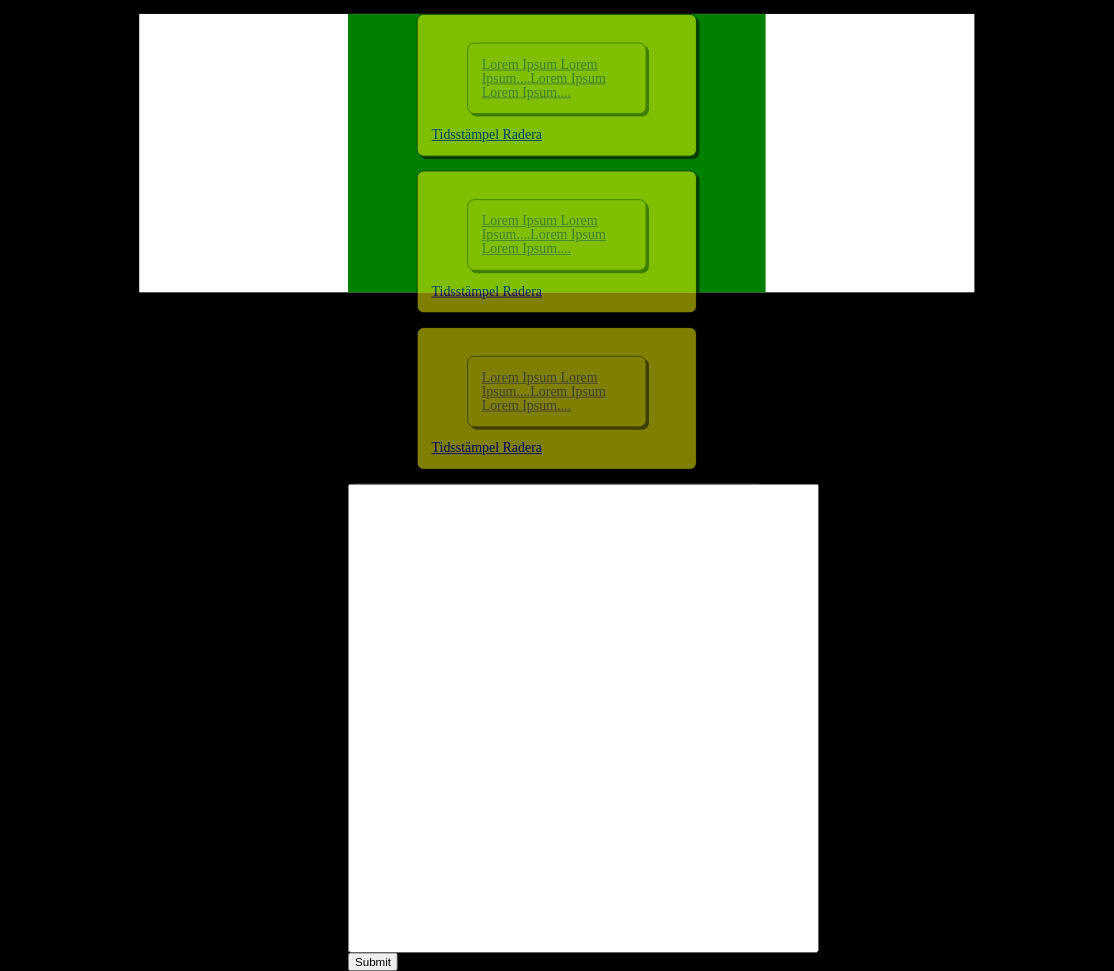
Repository: AndreasAnemyrLNU/1dv403-laborationer-AA223IG
Page: 2-labbymezzage/index.html
The author's editor kept a record of every edit. The page is drawn from the files as they stood at one moment, then again after the next edit.
The browser window is 1280 px wide. The pictures show the whole page, at 87% of full size.

Above is the page before.

### 2-labbymezzage/index.html
<!DOCTYPE html>
<html lang="sv">
    <head>
        <link rel="stylesheet" href="css/main.css" type="text/css" />
    </head>
    <body>
        <div id="messageWrapper">
            <main id="mainMessageArea">
                <div id="messagesContainer">
                    <article id="1" class="message">
                        <a class="message block" href="#">Lorem Ipsum Lorem Ipsum....Lorem Ipsum Lorem Ipsum....</a>
                        <a href="#">Tidsstämpel </a><a href="#">Radera</a>
                    </article>
                    <article id="2" class="message">
                        <a class="message block" href="#">Lorem Ipsum Lorem Ipsum....Lorem Ipsum Lorem Ipsum....</a>
                        <a href="#">Tidsstämpel </a><a href="#">Radera</a>
                    </article>
                    <article id="2" class="message">
                        <a class="message block" href="#">Lorem Ipsum Lorem Ipsum....Lorem Ipsum Lorem Ipsum....</a>
                        <a href="#">Tidsstämpel </a><a href="#">Radera</a>
                    </article>
                </div>
                <form id="messageForm">
                    <input id="messageInputArea"type="textarea"/>
                    <input type="submit" value="Submit"/>
                </form>
            </main>
        </div>

        <!--<script type="text/javascript" src="js/addEvent.js"></script>-->
        <script type="text/javascript" src="js/run.js"></script>
        <script type="text/javascript" src="js/Message.js"></script>
    </body>
</html>

### 2-labbymezzage/css/main.css
/*Optimized for 960px width*/

/*ColorScheme*/


/* http://meyerweb.com/eric/tools/css/reset/
   v2.0 | 20110126
   License: none (public domain)
*/

html, body, div, span, applet, object, iframe,
h1, h2, h3, h4, h5, h6, p, blockquote, pre,
a, abbr, acronym, address, big, cite, code,
del, dfn, em, img, ins, kbd, q, s, samp,
small, strike, strong, sub, sup, tt, var,
b, u, i, center,
dl, dt, dd, ol, ul, li,
fieldset, form, label, legend,
table, caption, tbody, tfoot, thead, tr, th, td,
article, aside, canvas, details, embed,
figure, figcaption, footer, header, hgroup,
menu, nav, output, ruby, section, summary,
time, mark, audio, video {
	margin: 0;
	padding: 0;
	border: 0;
	font-size: 100%;
	font: inherit;
	vertical-align: baseline;
}
/* HTML5 display-role reset for older browsers */
article, aside, details, figcaption, figure,
footer, header, hgroup, menu, nav, section {
	display: block;
}
body {
	line-height: 1;
}
ol, ul {
	list-style: none;
}
blockquote, q {
	quotes: none;
}
blockquote:before, blockquote:after,
q:before, q:after {
	content: '';
	content: none;
}
table {
	border-collapse: collapse;
	border-spacing: 0;
}

/*END OF MEYER'S RESET*/

body {
    background-color: black;
}

#mainMessageArea {
    background-color: green;
    height: 20em;
    margin: auto;
    width: 30em;
}

#messageForm {
    background-color: grey;
    border-radius: .5em;
    height: 90%;
    margin: auto;

}

#messageInputArea {
    width: 40em;
    height: 40em;

}

#messageWrapper {
    background-color: white;
    height: 20em;
    margin: 1em auto;
    width: 60em;
}

.block {
    display: block;
}

.message {
    background-color: yellow;
    border: .0625em solid black;
    border-radius: .5em;
    box-shadow: black 3px 3px;
    margin: 1em auto;
    opacity: .5;
    padding: 1em;
    width: 60%;
}

.message:hover {
    border: .1250em solid black;
    opacity: 1;
}

### 2-labbymezzage/js/run.js
"use strict";


var run = {

    init:   function(){

        var mess = new Message("Testmeddelande", new Date());
        alert(mess);
        alert(mess.getText());
        mess.setText("En annan text");
        alert(mess);

    }

};


window.onload = run.init;

### 2-labbymezzage/js/Message.js
"use strict";

function Message(message, date){

    this.getText = function(){
        return message;
    };

    this.setText = function (_text){
        message = _text;
    };

}

Message.prototype.toString = function(){
    return this.getText()+" ("+this.getDate()+")";
};

After the next edit:
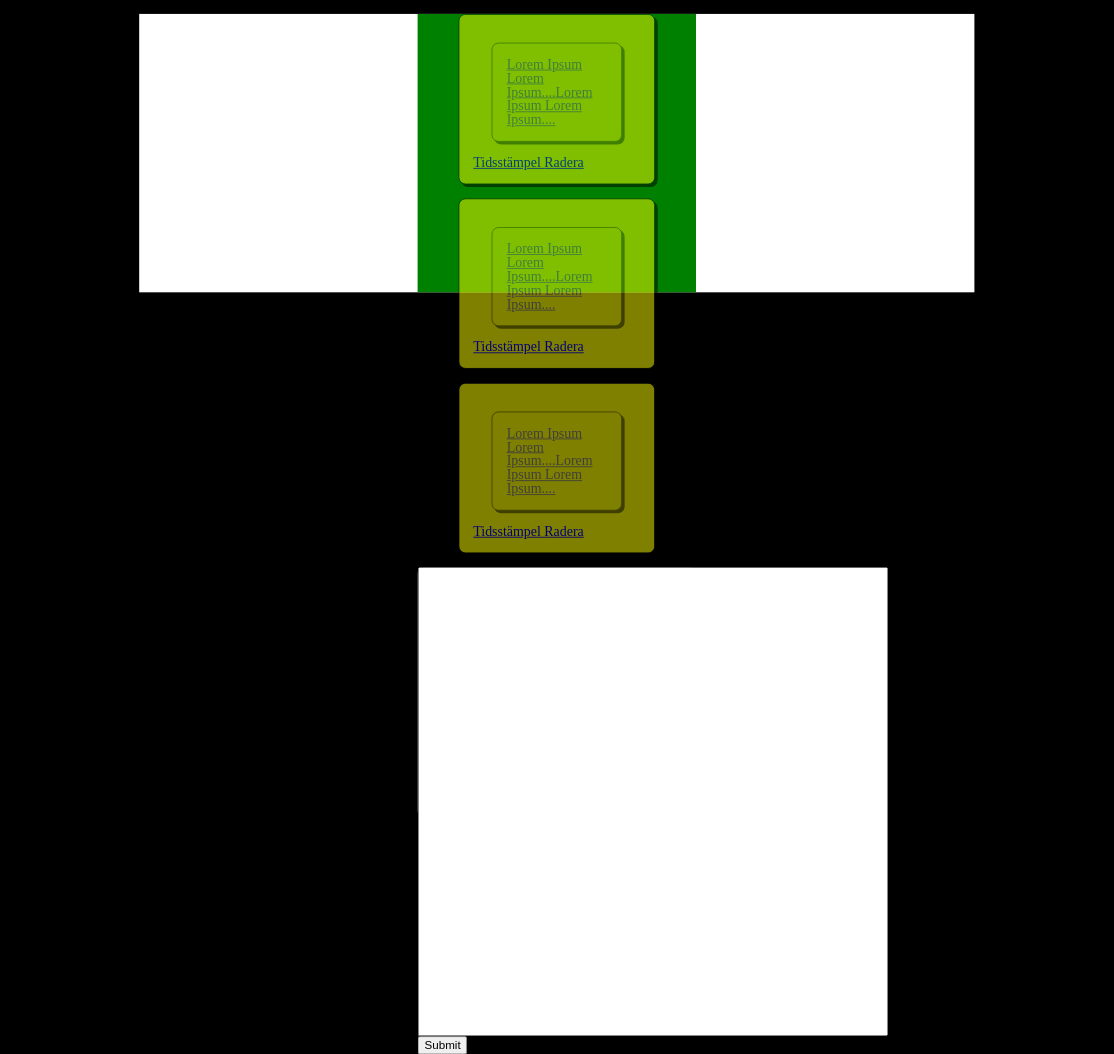
The edit:
--- a/2-labbymezzage/css/main.css
+++ b/2-labbymezzage/css/main.css
@@ -62,7 +62,7 @@
     background-color: green;
     height: 20em;
     margin: auto;
-    width: 30em;
+    width: 20em;
 }
 
 #messageForm {
